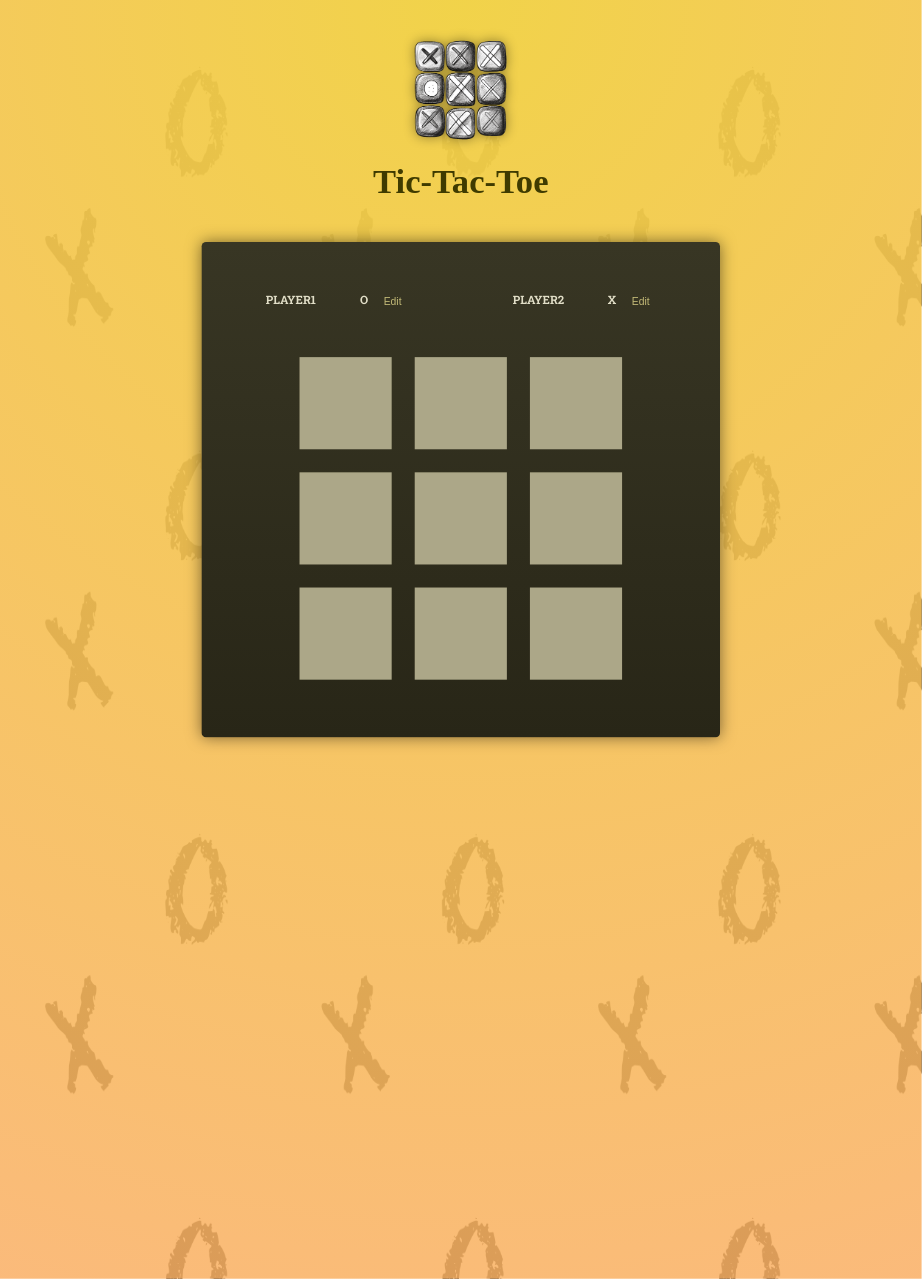
Repository: collyrium921/tic-tac-toe
Page: /
The author's editor kept a copy of each file at every save. The page is drawn from the files as they stood at one save, then again after the next save.
The browser window is 1280 px wide. The pictures show the whole page, at 72% of full size.
Some web fonts or font styles are not loaded; a fallback is used. The project was rebuilt for these pictures with package versions that can differ from the ones it lists, and the page was loaded fresh each time. Also part of the build but not shown: vite.config.js.

Above is the page before, as saved 2024-05-23 22:25:11.

### index.html
<!DOCTYPE html>
<html lang="en">
  <head>
    <meta charset="UTF-8" />
    <link rel="icon" type="image/svg+xml" href="/game-logo.png" />
    <meta name="viewport" content="width=device-width, initial-scale=1.0" />
    <title>React Tic-Tac-Toe</title>
  </head>
  <body>
    <header>
      <img src="game-logo.png" alt="tic tac toe">
      <h1>Tic-Tac-Toe</h1>
    </header>
    <div id="root"></div>
    <script type="module" src="/src/index.jsx"></script>
  </body>
</html>

### src/App.jsx
import { useState } from "react";
import GameBoard from "./components/GameBoard";
import Player from "./components/Player";
function App() {
  const [activePlayer, setActivePlayer]=useState('X')

  function handleSelectSquare(){
    setActivePlayer((curActivePlayer)=>curActivePlayer=='X'?'O':'X')
  }
  return (
    <main>
      <div id="game-container">
        <ol id="players" className="highlight-player">
          <Player initialName="Player1" symbol="O" />
          <Player initialName="Player2" symbol="X" />
        </ol>
        <GameBoard onSelectSquare={handleSelectSquare} />
      </div>
    </main>
  );
}

export default App;

### src/components/GameBoard.jsx
import { useState } from "react"

const initialGameBoard = [
    [null, null,null],
    [null, null,null],
    [null, null,null]
]

export default function GameBoard({onSelectSquare}){
   const [gameBoard, setGameBoard]= useState(initialGameBoard);

   function handleSelectSquare(rowIndex, colIndex){
    setGameBoard((prevGameBoard)=>{
        const updatedBoard = [...prevGameBoard.map(innerArray=>[...innerArray])]
        updatedBoard[rowIndex][colIndex] ='X';
        return updatedBoard
    });
    onSelectSquare();
   }

    return (
        <ol id="game-board">
            {gameBoard.map((row, rowIndex)=><li key={rowIndex}>
                <ol>
                    {row.map((playerSymbol, colIndex)=><li key={colIndex}>
                        <button onClick={()=> handleSelectSquare(rowIndex, colIndex)}>
                            {playerSymbol}
                        </button>
                    </li>)}
                </ol>
            </li>)}
        </ol>
    )
}

### src/components/Player.jsx
import { useState } from "react";

export default function Player({ initialName, symbol, isActive }) {
  const [playerName, setPlayerName] = useState(initialName);
  const [isEditing, setIsEditing] = useState(false);

  function handleEditClick() {
    //runs instantly which means noting will happen to the button value
    setIsEditing(editing=> !editing);
  }

  function handleChange(event){
    setPlayerName(event.target.value);
  }
  return (
    <li className={isActive?'active':undefined}>
      <span className="player">
        {!isEditing ? (
          <span className="player-name">{playerName}</span>
        ) : (
          <input type="text" required value={playerName} onChange={handleChange} />
        )}
        <span className="player-symbol">{symbol}</span>
      </span>
      <button onClick={handleEditClick}>{isEditing?'Save':'Edit'}</button>
    </li>
  );
}

Loaded but not shown: src/index.jsx (common file); src/index.css (common file)

After the next save:
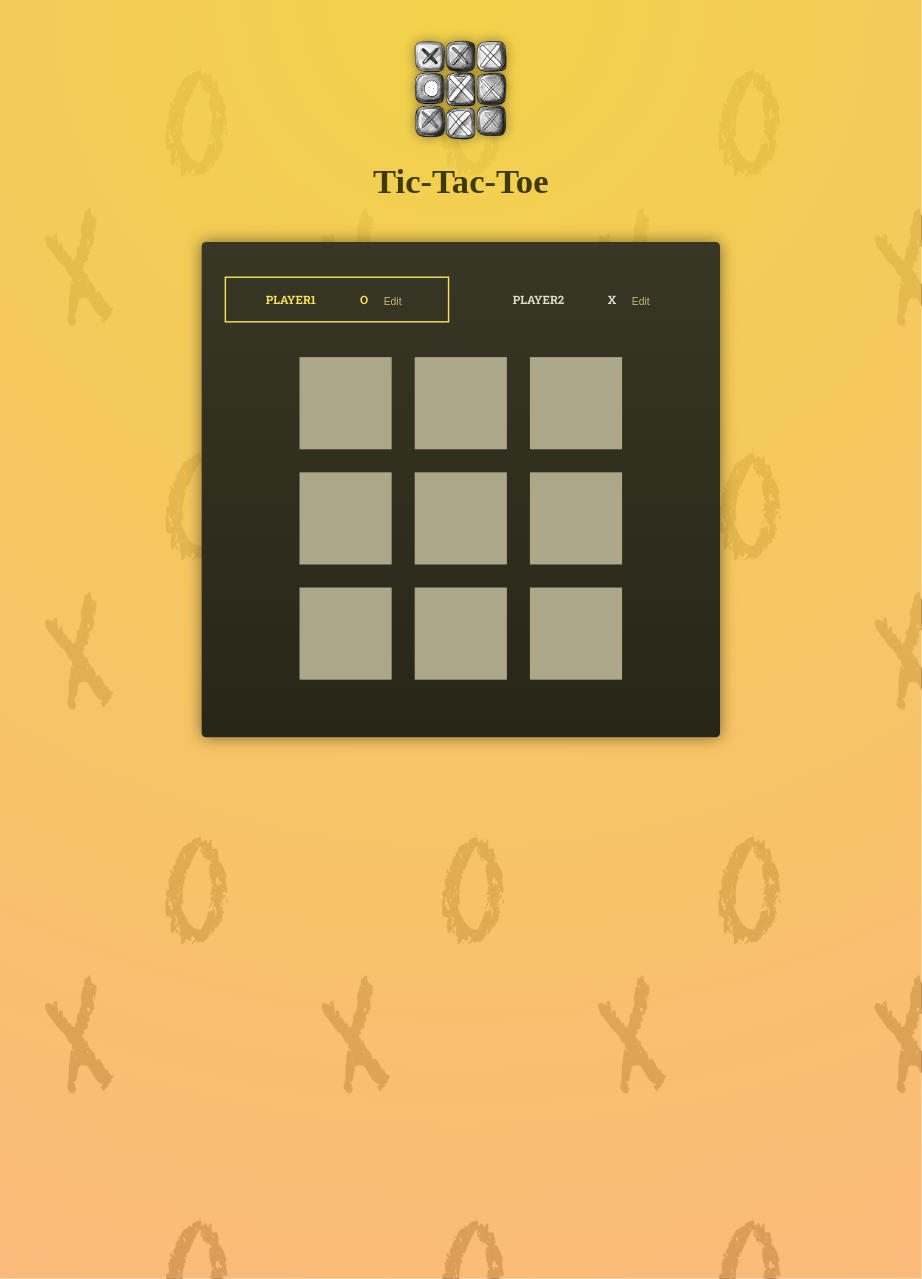
Saved 23 s later.
--- a/src/App.jsx
+++ b/src/App.jsx
@@ -11,8 +11,8 @@ function App() {
     <main>
       <div id="game-container">
         <ol id="players" className="highlight-player">
-          <Player initialName="Player1" symbol="O" />
-          <Player initialName="Player2" symbol="X" />
+          <Player initialName="Player1" symbol="O" isActive={activePlayer=='X'} />
+          <Player initialName="Player2" symbol="X" isActive={activePlayer=='O'} />
         </ol>
         <GameBoard onSelectSquare={handleSelectSquare} />
       </div>
